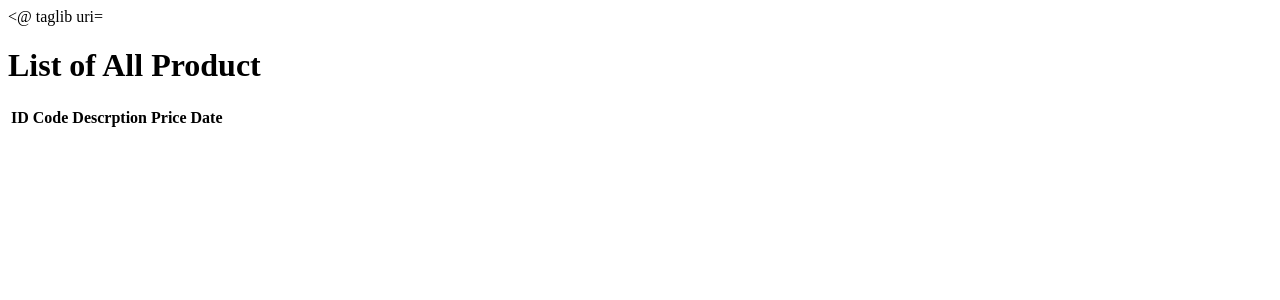
Repository: priyankamergu/MyAllProjects
Page: http://localhost/OnlineShopping/ProductController
These files come from the project's save history. The page is drawn as it stood at one moment and after the next save; the edit follows.
The browser window is 1280 px wide. The pictures show the whole page.
The page is served by Tomcat 9. Other server files are loaded and not shown.

Above is the page before, as saved 2019-11-18 09:21:52.

### Workspace_JEE7_WEB/OnlineShopping/WebContent/ProductList.jsp
<%@ page language="java" contentType="text/html; charset=ISO-8859-1"
    pageEncoding="ISO-8859-1"%>
    <@ taglib uri=
<!DOCTYPE html>
<html>
<head>
<meta charset="ISO-8859-1">
<title>Insert title here</title>
</head>
<body>
<h1>List of All Product</h1>
<table>
	<tr>
	<th>ID</th>
	<th>Code</th>
	<th>Descrption</th>
	<th>Price</th>
	<th>Date</th>
	</tr>
<c:forEach item="${productList}" var="product">
<tr>
<td>${product.id}</td>
<td>${product.code}</td>
<td>${product.description}</td>
<td>${product.price}</td>

<fmt:formatDate value="${product.manfDate }" pattern="dd/mm/yyyy"/>

</table>
</body>
</html>

### Workspace_JEE7_WEB/OnlineShopping/src/com/allianz/shopping/controller/ProductController.java
package com.allianz.shopping.controller;

import java.io.IOException;
import java.util.List;

import javax.servlet.RequestDispatcher;
import javax.servlet.ServletException;
import javax.servlet.annotation.WebServlet;
import javax.servlet.http.HttpServlet;
import javax.servlet.http.HttpServletRequest;
import javax.servlet.http.HttpServletResponse;

import com.allianz.shopping.dao.ProductDAO;
import com.allianz.shopping.dao.ProductdDAOImpl;
import com.allianz.shopping.model.Product;
import com.allianz.shopping.utility.DateUtility;


@WebServlet("/ProductController")
public class ProductController extends HttpServlet {
	private static final long serialVersionUID = 1L;

 static ProductDAO dao=new ProductdDAOImpl(); //to use directly we make static
    public ProductController()
    {
        super();

    }


	protected void doGet(HttpServletRequest request, HttpServletResponse response) throws ServletException, IOException
	{
		String action=request.getParameter("action");
		if(action!=null && action.equals("delete"))
		{
			String id=request.getParameter("id");
			boolean flag=dao.deleteProduct(Integer.parseInt(id));
			if(flag)
			{
				response.sendRedirect("ProductController");
			}
		}
		else if(action!=null && action.equals("edit"))
		{
			String id=request.getParameter("id");
			Product productEdit=dao.getProductById(Integer.parseInt(id));

			if(productEdit!=null)
			{
				RequestDispatcher rd=request.getRequestDispatcher("ProductEdit.jsp");
				request.setAttribute("productEdit",productEdit);
				rd.forward(request, response);
			}
		}
		else if(action!=null && action.equals("new"))
		{
			Product productEdit=new Product();

			if(productEdit!=null)
			{
				RequestDispatcher rd=request.getRequestDispatcher("ProductEdit.jsp");
				request.setAttribute("productEdit",productEdit);
				rd.forward(request, response);
			}
		}
		else
		{
			List<Product> productList=dao.getALLProducts();
			RequestDispatcher rd=request.getRequestDispatcher("ProductList.jsp");
			request.setAttribute("productList",productList);
			rd.forward(request, response);
		}
	}


	@Override
	protected void doPost(HttpServletRequest req, HttpServletResponse resp) throws ServletException, IOException {
		String action=req.getParameter("action");
		System.out.println(action);
		if(action!=null && action.equals("update"))
		{
			String id=req.getParameter("id");
			String code=req.getParameter("code");
			String description=req.getParameter("desc");
			String price=req.getParameter("price");
			String manfDate=req.getParameter("date");

			Product product=new Product();
			product.setId(Integer.parseInt(id));
			product.setCode(code);
			product.setDescription(description);
			product.setPrice(Float.parseFloat(price));
			product.setManfDate(DateUtility.convertStringToDate(manfDate));
			boolean flag=false;

			if(dao.getProductById(Integer.parseInt(id))!=null)
				flag=dao.updateProduct(product);
			else
				flag=dao.addProduct(product);


			if(flag)
				resp.sendRedirect("ProductController");



		}
		else if(action==null )
		{
			System.out.println("in save method of controller");
			String id=req.getParameter("id");
			String code=req.getParameter("code");
			String description=req.getParameter("desc");
			String price=req.getParameter("price");
			String manfDate=req.getParameter("date");

			Product product=new Product();
			product.setId(Integer.parseInt(id));
			product.setCode(code);
			product.setDescription(description);
			product.setPrice(Float.parseFloat(price));
			product.setManfDate(DateUtility.convertStringToDate(manfDate));
			boolean flag=false;

			if(dao.getProductById(Integer.parseInt(id))!=null)
				flag=dao.updateProduct(product);
			else
				flag=dao.addProduct(product);


			if(flag)
				resp.sendRedirect("ProductController");




		}
	}



}

### Workspace_JEE7_WEB/OnlineShopping/src/com/allianz/shopping/dao/ProductdDAOImpl.java
package com.allianz.shopping.dao;

import java.util.ArrayList;
import java.util.List;

import com.allianz.shopping.model.Product;
import com.allianz.shopping.utility.DateUtility;
//import static com.allianz.shopping.utility.DateUtility.*; we can use directly lie=ke convertStringToDate
public class ProductdDAOImpl implements ProductDAO
{


	private static List<Product> productList=new ArrayList<Product>();

	static
	{
		productList.add(new Product(101,"colgate1","Colgate1 Tube",50,DateUtility.convertStringToDate("12/10/2019")));//you can import static com.allianz.shppoinh.tutitly if you dont want to use thorugh class name
		productList.add(new Product(102,"colgate2","Colgate2 Tube",60,DateUtility.convertStringToDate("14/10/2019")));
		productList.add(new Product(103,"colgate3","Colgate3 Tube",40,DateUtility.convertStringToDate("13/10/2019")));
		productList.add(new Product(104,"colgate4","Colgate4 Tube",70,DateUtility.convertStringToDate("15/10/2019")));
		productList.add(new Product(105,"colgate5","Colgate5 Tube",80,DateUtility.convertStringToDate("18/10/2019")));
	}


	@Override
	public boolean addProduct(Product product) {
		productList.add(product);
		return true;
	}

	@Override
	public boolean updateProduct(Product product) {

		if(productList!=null && productList.size()>0)
		{
			for(int i=0;i<productList.size();i++)
			{
				Product productTemp=productList.get(i);
				if(productTemp.getId()==product.getId())
				{
					productList.set(i,product);
					return true;
				}
			}
		}

		return false;
	}

	@Override
	public boolean deleteProduct(int id)
	{

		if(productList!=null && productList.size()>0)
		{
			for(int i=0;i<productList.size();i++)
			{
				Product productTemp=productList.get(i);
				if(productTemp.getId()==id)
				{
					productList.remove(i);
					return true;
				}
			}
		}

		return false;
	}

	@Override
	public List<Product> getALLProducts()
	{

		return productList;
	}

	@Override
	public List<Product> getALLProductByName(String namePattern)
	{
		if(productList!=null && productList.size()>0)
		{
			for(int i=0;i<productList.size();i++)
			{
				Product productTemp=productList.get(i);
				if(productTemp.getDescription().toLowerCase().contains(namePattern.toLowerCase()))
				{
					List<Product> list=new ArrayList<Product>();
					list.add(productTemp);
					return list;
				}
			}
		}
		return null;
	}

	@Override
	public List<Product> getALLProductByPrice(float min,float max)
	{
		if(productList!=null && productList.size()>0)
		{
			for(int i=0;i<productList.size();i++)
			{
				Product productTemp=productList.get(i);
				if(productTemp.getPrice()>=min && productTemp.getPrice()<=max)
				{
					List<Product> list=new ArrayList<Product>();
					list.add(productTemp);
					return list;
				}
			}

		}
		return null;
	}

	@Override
	public Product getProductById(int id) {
		if(productList!=null && productList.size()>0)
		{
			for(int i=0;i<productList.size();i++)
			{
				Product productTemp=productList.get(i);
				if(productTemp.getId()==id)
				{
					return productTemp;
				}
			}
		}
		return null;
	}


	@Override
	public List<Product> getAllProductByCategoryID(int id) {
		// TODO Auto-generated method stub
		return null;
	}

}

### Workspace_JEE7_WEB/OnlineShopping/src/com/allianz/shopping/model/Product.java
package com.allianz.shopping.model;

import java.util.ArrayList;
import java.util.Date;
import java.util.List;

public class Product {
	private int id;
	private String code;
	private String description;
	private float price;
	private Date manfDate;
	private List<Category> categoryList=new ArrayList<Category>();

	public List<Category> getCategoryList() {
		return categoryList;
	}
	public void setCategoryList(List<Category> categoryList) {
		this.categoryList = categoryList;
	}
	public int getId() {
		return id;
	}
	public Product() {
		super();
		this.id = 0;
		this.code = null;
		this.description = null;
		this.price = 0.0f;
		this.manfDate = null;
	}

	public Product(int id, String code, String description, float price, Date manfDate) {
		super();
		this.id = id;
		this.code = code;
		this.description = description;
		this.price = price;
		this.manfDate = manfDate;
	}

	public void setId(int id) {
		this.id = id;
	}

	public String getCode() {
		return code;
	}

	public void setCode(String code) {
		this.code = code;
	}

	public String getDescription() {
		return description;
	}

	public void setDescription(String description) {
		this.description = description;
	}

	public float getPrice() {
		return price;
	}

	public void setPrice(float price) {
		this.price = price;
	}

	public Date getManfDate() {
		return manfDate;
	}

	public void setManfDate(Date manfDate) {
		this.manfDate = manfDate;
	}
	@Override
	public String toString() {
		return "Product [id=" + id + ", code=" + code + ", description=" + description + ", price=" + price
				+ ", manfDate=" + manfDate + "]";
	}



}

### Workspace_JEE7_WEB/OnlineShopping/src/com/allianz/shopping/utility/DateUtility.java
package com.allianz.shopping.utility;

import java.text.ParseException;
import java.text.SimpleDateFormat;
import java.util.Date;


public class DateUtility
{
	public static Date convertStringToDate(String date)
	{
		SimpleDateFormat simple=new SimpleDateFormat("dd/mm/yyyy");
		try
		{
			Date dateLocal=simple.parse(date);
			return dateLocal;
		}
		catch(ParseException e)
		{
			e.printStackTrace();
		}
		return null;

	}

	public String convertDateToString(Date date)
	{
		SimpleDateFormat simple=new SimpleDateFormat("dd/mm/yyyy");

		try
		{
			String dateLocal=simple.format(date);
			return dateLocal;
		}
		catch(Exception e)
		{
			e.printStackTrace();
		}
		return null;

	}
	public static java.sql.Date convertUtilDateToSQLDate(java.util.Date date)
	{
		java.sql.Date sdate=new java.sql.Date(date.getTime());
		return sdate;
	}


}

After the next save:
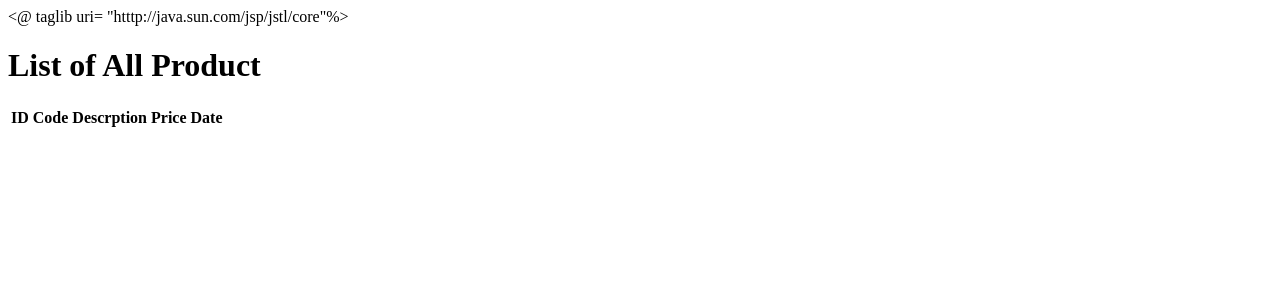
Saved 100 s later.
--- a/Workspace_JEE7_WEB/OnlineShopping/WebContent/ProductList.jsp
+++ b/Workspace_JEE7_WEB/OnlineShopping/WebContent/ProductList.jsp
@@ -1,7 +1,7 @@
 <%@ page language="java" contentType="text/html; charset=ISO-8859-1"
     pageEncoding="ISO-8859-1"%>
     <@ taglib uri=
-<!DOCTYPE html>
+<!DOCTYPE html>"htttp://java.sun.com/jsp/jstl/core"%>
 <html>
 <head>
 <meta charset="ISO-8859-1">
@@ -26,6 +26,8 @@
 
 <fmt:formatDate value="${product.manfDate }" pattern="dd/mm/yyyy"/>
 
+
+
 </table>
 </body>
 </html>
